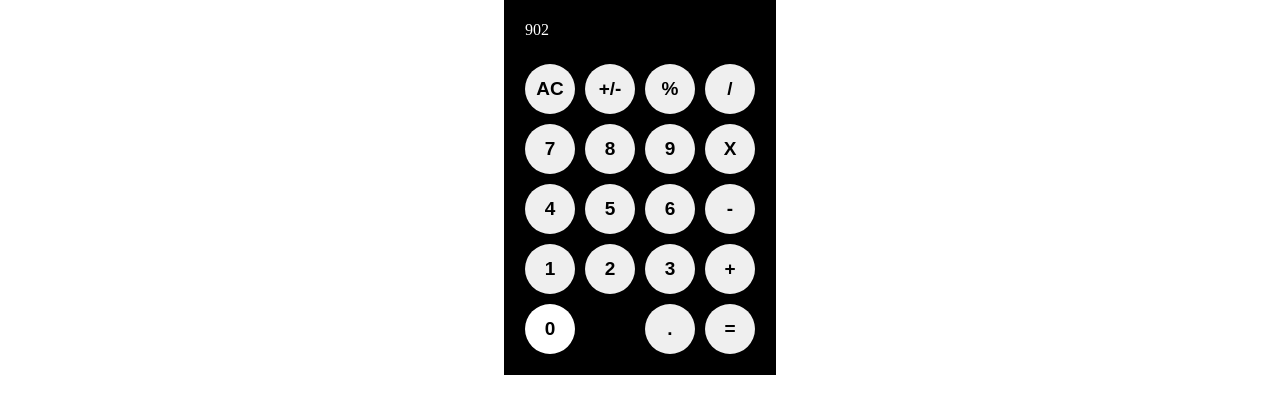
Repository: dmpelaez/calculator
Page: Calculator.html
The author's editor kept a copy of each file at every save. The page is drawn from the files as they stood at one save, then again after the next save.
The browser window is 1280 px wide. The pictures show the whole page.

Above is the page before, as saved 2025-12-15 20:07:25.

After the next save:
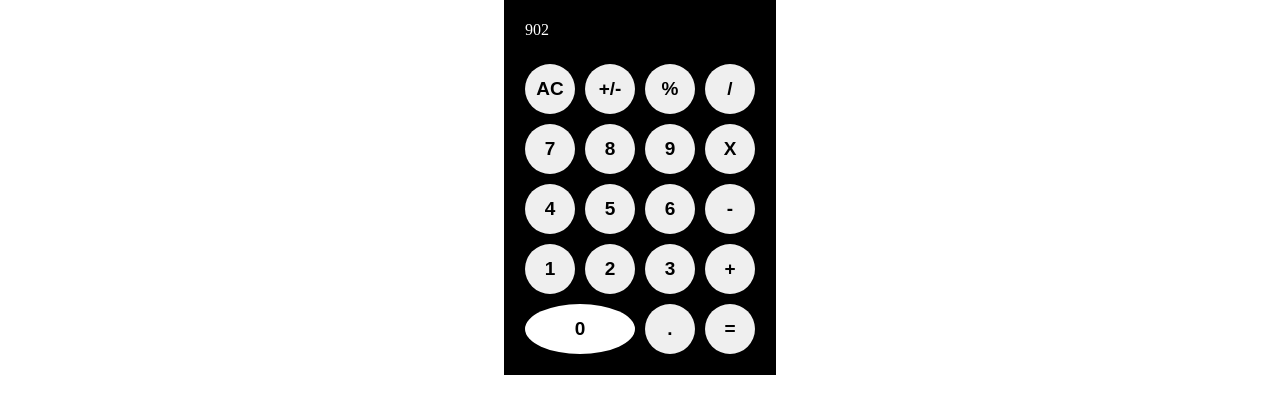
Saved 10 s later.
--- a/Calculator.css
+++ b/Calculator.css
@@ -47,4 +47,5 @@ background: black;
   grid-row: 5;
   grid-column: 1 / 2 span;
   background: white;
+  width: auto;
 }
